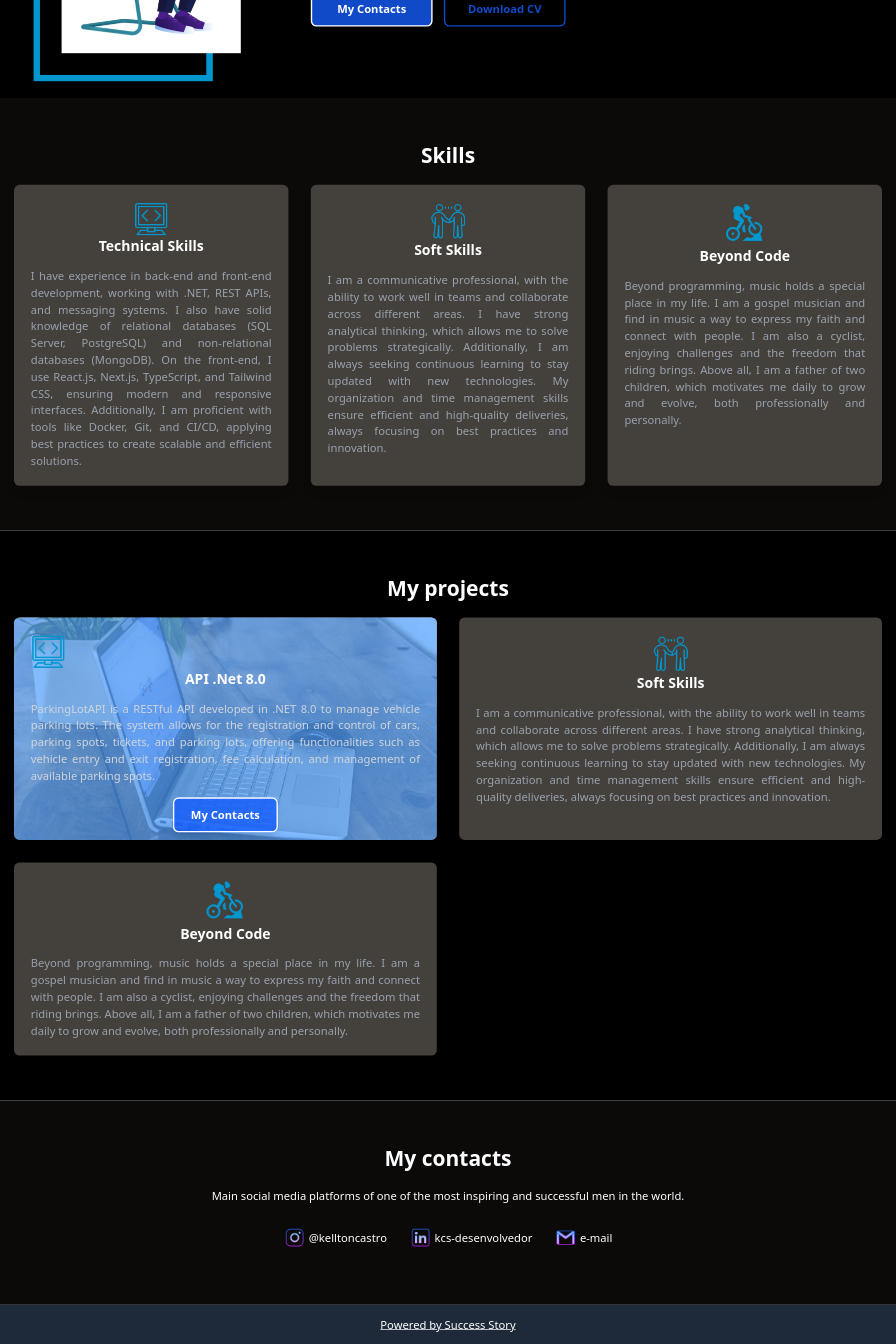
Repository: kcsdesenvolvedor/portfolio
Page: src/index.html
These files come from the project's save history. The page is drawn as it stood at one moment and after the next save; the edit follows.
The browser window is 1280 px wide. The pictures show the part of the page from y = 830 to 2750 px (the page is 2750 px tall), at 70% of full size.

Above is the page before, as saved 2025-03-04 16:26:28.
Console error: TypeError: Cannot read properties of null (reading 'textContent')

### src/index.html
<!DOCTYPE html>
<html lang="en">
<head>
    <meta charset="UTF-8">
    <meta name="viewport" content="width=device-width, initial-scale=1.0">
    <link rel="icon" href="./img/favicon.png" type="image/x-icon">
    <link href="./output.css" rel="stylesheet">
    <title>Mansour-Page</title>
    <style>
        .typing-container {
        font-family: 'Courier New', monospace;
        font-size: 24px;
        color: #333;
        white-space: nowrap;
        overflow: hidden;
        border-right: 2px solid black;
        display: inline-block;
        animation: blink-caret 0.7s step-end infinite;
        }

        #typing-text {
            height: 40px;
        }

        @keyframes blink-caret {
        from, to {
            border-color: transparent;
        }
        50% {
            border-color: black;
        }
        }


        @keyframes fadeIn {
            from {
                opacity: 0;
                transform: translateY(20px);
            }
            to {
                opacity: 1;
                transform: translateY(0);
            }
        }

        .fade-in {
            animation: fadeIn 1s ease-in-out;
        }
    </style>
</head>
<body class="bg-gray-100 font-sans">
    <header>
        <nav class="fixed top-0 z-50 w-full px-4 py-4 flex justify-between items-center bg-stone-950">
            <a class="text-3xl font-bold leading-none" href="#">
                <img class="w-16" src="./img/logo.png" alt="">
            </a>
            <div class="lg:hidden">
                <button class="navbar-burger flex items-center text-blue-600 p-3">
                    <svg class="block h-4 w-4 fill-current" viewBox="0 0 20 20" xmlns="http://www.w3.org/2000/svg">
                        <title>Mobile menu</title>
                        <path d="M0 3h20v2H0V3zm0 6h20v2H0V9zm0 6h20v2H0v-2z"></path>
                    </svg>
                </button>
            </div>
            <ul class="hidden absolute top-1/2 left-1/2 transform -translate-y-1/2 -translate-x-1/2 lg:mx-auto lg:flex lg:items-center lg:w-auto lg:space-x-20">
                <li><a class="text-sm text-blue-600/80 dark:text-sky-400/80 hover:text-white" href="#home">Home</a></li>
                <li><a class="text-sm text-blue-600/80 dark:text-sky-400/80 hover:text-white" href="#about">About Me</a></li>
                <li><a class="text-sm text-blue-600/80 dark:text-sky-400/80 hover:text-white" href="#achievements">Achievements</a></li>
                <li><a class="text-sm text-blue-600/80 dark:text-sky-400/80 hover:text-white" href="#contact">My Contacts</a></li>
            </ul>
        </nav>
        <div class="navbar-menu fixed top-0 z-50 w-full hidden">
            <div class="navbar-backdrop fixed inset-0 bg-gray-800 opacity-25"></div>
            <nav class="fixed top-0 left-0 bottom-0 flex flex-col w-5/6 max-w-sm py-6 px-6 bg-white border-r overflow-y-auto">
                <div class="flex items-center mb-8">
                    <a class="mr-auto text-3xl font-bold leading-none" href="#">
                        <img class="w-16" src="./img/logo.png" alt="">
                    </a>
                    <button class="navbar-close">
                        <svg class="h-6 w-6 text-gray-400 cursor-pointer hover:text-gray-500" xmlns="http://www.w3.org/2000/svg" fill="none" viewBox="0 0 24 24" stroke="currentColor">
                            <path stroke-linecap="round" stroke-linejoin="round" stroke-width="2" d="M6 18L18 6M6 6l12 12"></path>
                        </svg>
                    </button>
                </div>
                <div>
                    <ul>
                        <li class="mb-1">
                            <a class="navbar-itemMenu block p-4 text-sm font-semibold text-gray-400 hover:bg-blue-50 hover:text-blue-600 rounded" href="#home">Home</a>
                        </li>
                        <li class="mb-1">
                            <a class="navbar-itemMenu block p-4 text-sm font-semibold text-gray-400 hover:bg-blue-50 hover:text-blue-600 rounded" href="#about">About Me</a>
                        </li>
                        <li class="mb-1">
                            <a class="navbar-itemMenu block p-4 text-sm font-semibold text-gray-400 hover:bg-blue-50 hover:text-blue-600 rounded" href="#achievements">Achievements</a>
                        </li>
                        <li class="mb-1">
                            <a class="navbar-itemMenu block p-4 text-sm font-semibold text-gray-400 hover:bg-blue-50 hover:text-blue-600 rounded" href="#contact">My Contacts</a>
                        </li>
                        <li>
                            <div class="border-t-2">
                                <a class="navbar-itemMenu block p-4 text-sm font-semibold text-gray-400 hover:bg-blue-50 hover:text-blue-600 rounded" href="https://kcode2025.github.io/sucess-history" target="_blank">Success Story</a>
                            </div>
                        </li>
                    </ul>
                </div>
                <div class="mt-auto">

                    <a href="https://kcode2025.github.io/sucess-history" target="_blank">
                        <p class="my-4 text-xs text-center text-gray-400">
                            Powered by Success Story
                        </p>
                    </a>
                </div>
            </nav>
        </div>
    </header>


    <!-- Home Section -->
    <section id="home" class="flex flex-col-reverse lg:flex-row lg:justify-around justify-between bg-stone-950 text-white text-center pt-20 lg:pb-0 pb-5 px-10 fade-in">
        <!-- Div do texto -->
        <div class="self-center w-full flex items-center justify-center">
            <div class="flex flex-col lg:w-2/4"> <!-- Ajuste essa div para ocupar 100% da largura -->
                <p class="text-md text-left">
                    Hello!
                </p>
                <p class="text-3xl text-blue-600/80 dark:text-sky-400/80 text-left font-semibold">
                    I´m Kellton Castro
                </p>
                <p class="text-lg text-gray-400 text-left font-semibold mb-2">
                    Freelance developer & Web Designer
                </p>
                <p class="text-xs text-gray-400 text-left font-semibold mb-8">
                    Welcome to my portfolio! Here you will find some of the projects I have developed throughout my journey as a developer and freelancer.
                </p>
                <a href="#contact" class="bg-blue-600/80 dark:bg-sky-400/80 text-white font-bold w-2/4 py-3 px-6 border-2 rounded-lg shadow-lg hover:bg-black hover:text-blue-600/80 hover:dark:text-sky-400/80 hover:border-blue-600/80 hover:dark:border-sky-400/80 hover:border-2 transition delay-150 duration-300 ease-in-out">
                    My Contacts
                </a>
            </div>
        </div>

        <!-- Div da imagem -->
        <div class="flex justify-center lg:justify-end lg:w-2/4">
            <img class="min-w-2/4 object-contain" src="./img/perfil-portfolio2.png">
        </div>
    </section>

    <!-- Sobre -->
    <section id="about" class="flex flex-col lg:flex-row items-center justify-center space-y-10 lg:space-y-0 lg:space-x-20 py-16 bg-black border-r-gray-900 fade-in">
        <div class="relative flex justify-center">
            <!-- Moldura (posição de fundo) -->
            <img src="./img/moldura.png" class="w-3xs h-3xs absolute -left-5 top-5 lg:-left-10 lg:top-10" alt="moldura do perfil">

            <!-- Imagem de perfil (fica por cima) -->
            <img src="./img/perfil-portfolio1.png" class="w-3xs h-3xs relative z-10" alt="meu perfil">
        </div>
        <div class="px-5 w-full lg:w-3xl text-center lg:text-left">
            <h3 class="text-3xl text-white font-bold mb-2">About me</h3>
            <div class="w-20 h-0.5 bg-blue-600/80 dark:bg-sky-400/80 mb-3 mx-auto lg:mx-0"></div>
            <p class="text-gray-400 text-left w-full mb-8">
                I am a developer with 4 years of experience, working both in the corporate market and as a freelancer. Graduated in Systems Analysis and Development, I have experience in back-end and front-end development, contributing to the creation of efficient and scalable solutions. My approach involves continuous learning, always striving to keep up with new technologies and industry trends. I have a strong commitment to code quality, usability, and performance, ensuring that each delivered project adds value and innovation.
            </p>
            <div class="flex flex-col lg:flex-row w-full lg:w-2/4 gap-4">
                <a href="#contact" class="bg-blue-600/80 dark:bg-sky-400/80 text-center text-white font-bold w-full lg:w-2/4 py-3 px-6 border-2 rounded-lg shadow-lg hover:bg-black hover:text-blue-600/80 hover:dark:text-sky-400/80 hover:border-blue-600/80 hover:dark:border-sky-400/80 hover:border-2 transition delay-150 duration-300 ease-in-out">
                    My Contacts
                </a>
                <a href="#contact" class="bg-black text-center border-blue-600/80 dark:border-sky-400/80 text-blue-600/80 dark:text-sky-400/80 font-bold w-full lg:w-2/4 py-3 px-6 border-2 rounded-lg shadow-lg hover:text-white hover:border-white hover:border-2 transition delay-150 duration-300 ease-in-out">
                    Download CV
                </a>
            </div>
        </div>
    </section>



    <!-- Skills -->
    <section id="achievements" class="py-16 bg-stone-950 fade-in">
        <div class="container mx-auto text-center">
            <h3 class="text-3xl text-white font-bold mb-6">Skills</h3>
            <div class="px-5 grid grid-cols-1 md:grid-cols-3 gap-8">
                <div class="flex flex-col items-center bg-stone-700 p-6 rounded-lg shadow-lg transition delay-150 duration-300 transform hover:scale-105 hover:shadow-xl">
                    <img src="./img/hard-skills.png" alt="image hard skills">
                    <h4 class="text-xl text-white font-bold mb-4">Technical Skills</h4>
                    <p class="text-gray-400 text-justify">I have experience in back-end and front-end development, working with .NET, REST APIs, and messaging systems. I also have solid knowledge of relational databases (SQL Server, PostgreSQL) and non-relational databases (MongoDB). On the front-end, I use React.js, Next.js, TypeScript, and Tailwind CSS, ensuring modern and responsive interfaces. Additionally, I am proficient with tools like Docker, Git, and CI/CD, applying best practices to create scalable and efficient solutions.</p>
                </div>
                <div class="flex flex-col items-center bg-stone-700 p-6 rounded-lg shadow-lg transition delay-150 duration-300 transform hover:scale-105 hover:shadow-xl">
                    <img src="./img/soft-skills.png" class="h-14" alt="image soft skills">
                    <h4 class="text-xl text-white font-bold mb-4">Soft Skills</h4>
                    <p class="text-gray-400 text-justify">I am a communicative professional, with the ability to work well in teams and collaborate across different areas. I have strong analytical thinking, which allows me to solve problems strategically. Additionally, I am always seeking continuous learning to stay updated with new technologies. My organization and time management skills ensure efficient and high-quality deliveries, always focusing on best practices and innovation.</p>
                </div>
                <div class="flex flex-col items-center bg-stone-700 p-6 rounded-lg shadow-lg transition delay-150 duration-300 transform hover:scale-105 hover:shadow-xl">
                    <img src="./img/beyond-code.png" alt="imagem de beyond code">
                    <h4 class="text-xl text-white font-bold mb-4">Beyond Code</h4>
                    <p class="text-gray-400 text-justify">Beyond programming, music holds a special place in my life. I am a gospel musician and find in music a way to express my faith and connect with people. I am also a cyclist, enjoying challenges and the freedom that riding brings. Above all, I am a father of two children, which motivates me daily to grow and evolve, both professionally and personally.</p>
                </div>
            </div>
        </div>
    </section>

    <!-- Projetos -->
    <section id="achievements" class="py-16 bg-black fade-in">
        <div class="container mx-auto text-center">
            <h3 class="text-3xl text-white font-bold mb-6">My projects</h3>
            <div class="px-5 grid grid-cols-1 md:grid-cols-2 gap-8">
                <div class="relative flex flex-col items-center bg-stone-700 p-6 rounded-lg shadow-lg
                bg-[url('./img/homeoffice.jpg')] bg-cover bg-center">
                    <div class="absolute inset-0 bg-blue-400/70 rounded-lg"></div>
                    <div class="relative z-10">
                        <img src="./img/hard-skills.png" alt="image hard skills">
                        <h4 class="text-xl text-white font-bold mb-4">API .Net 8.0</h4>
                        <p class="text-gray-300 text-justify">ParkingLotAPI is a RESTful API developed in .NET 8.0 to manage vehicle parking lots. The system allows for the registration and control of cars, parking spots, tickets, and parking lots, offering functionalities such as vehicle entry and exit registration, fee calculation, and management of available parking spots.</p>
                        <div class="mt-8">
                            <a href="#contact" class="bg-blue-600/80 dark:bg-sky-400/80 text-center text-white font-bold w-full lg:w-2/4 py-3 px-6 border-2 rounded-lg shadow-lg hover:bg-black hover:text-blue-600/80 hover:dark:text-sky-400/80 hover:border-blue-600/80 hover:dark:border-sky-400/80 hover:border-2 transition delay-150 duration-300 ease-in-out">
                                My Contacts
                            </a>
                        </div>
                    </div>
                </div>
                <div class="flex flex-col items-center bg-stone-700 p-6 rounded-lg shadow-lg">
                    <img src="./img/soft-skills.png" class="h-14" alt="image soft skills">
                    <h4 class="text-xl text-white font-bold mb-4">Soft Skills</h4>
                    <p class="text-gray-400 text-justify">I am a communicative professional, with the ability to work well in teams and collaborate across different areas. I have strong analytical thinking, which allows me to solve problems strategically. Additionally, I am always seeking continuous learning to stay updated with new technologies. My organization and time management skills ensure efficient and high-quality deliveries, always focusing on best practices and innovation.</p>
                </div>
                <div class="flex flex-col items-center bg-stone-700 p-6 rounded-lg shadow-lg">
                    <img src="./img/beyond-code.png" alt="imagem de beyond code">
                    <h4 class="text-xl text-white font-bold mb-4">Beyond Code</h4>
                    <p class="text-gray-400 text-justify">Beyond programming, music holds a special place in my life. I am a gospel musician and find in music a way to express my faith and connect with people. I am also a cyclist, enjoying challenges and the freedom that riding brings. Above all, I am a father of two children, which motivates me daily to grow and evolve, both professionally and personally.</p>
                </div>
            </div>
        </div>
    </section>

    <!-- Contato -->
    <section id="contact" class="py-16 bg-stone-950 text-white text-center fade-in">
        <div class="container mx-auto px-2">
            <h3 class="text-3xl font-bold mb-6">My contacts</h3>
            <p class="mb-8">Main social media platforms of one of the most inspiring and successful men in the world.</p>
            <form class="max-w-lg mx-auto">
                <div class="flex flex-col justify-center lg:flex-row mb-4 gap-8">
                    <a href="https://www.cityfootballgroup.com/" target="_blank">
                        <div class="flex gap-1 items-center">
                            <img class="h-8 w-8" src="./img/instagram.png" alt="imagem do instagram">
                            <p class="text-1xl">@kelltoncastro</p>
                        </div>
                    </a>
                    <a href="https://x.com/HHmansour" target="_blank">
                        <div class="flex gap-1 items-center">
                            <img class="h-8 w-8" src="./img/linkedin.png" alt="imagem do linkedin">
                            <p class="text-1xl">kcs-desenvolvedor</p>
                        </div>
                    </a>
                    <a href="https://x.com/HHmansour" target="_blank">
                        <div class="flex gap-1 items-center">
                            <img class="h-8 w-8" src="./img/gmail.png" alt="imagem do gmail">
                            <p class="text-1xl">e-mail</p>
                        </div>
                    </a>
                </div>
            </form>
        </div>
    </section>

    <!-- Footer -->
    <footer class="bg-gray-800 text-white text-center py-4">
        <a class="cursor-pointer" href="https://kcode2025.github.io/sucess-history" target="_blank"><p class="underline">Powered by Success Story</p></a>
    </footer>

    <!-- Script -->
    <script>
        // Burger menus
        document.addEventListener('DOMContentLoaded', function() {
            // open
            const burger = document.querySelectorAll('.navbar-burger');
            const menu = document.querySelectorAll('.navbar-menu');

            if (burger.length && menu.length) {
                for (var i = 0; i < burger.length; i++) {
                    burger[i].addEventListener('click', function() {
                        for (var j = 0; j < menu.length; j++) {
                            menu[j].classList.toggle('hidden');
                        }
                    });
                }
            }

            // close
            const close = document.querySelectorAll('.navbar-close');
            const backdrop = document.querySelectorAll('.navbar-backdrop');
            const itemMenu = document.querySelectorAll('.navbar-itemMenu');

            if (close.length) {
                for (var i = 0; i < close.length; i++) {
                    close[i].addEventListener('click', function() {
                        for (var j = 0; j < menu.length; j++) {
                            menu[j].classList.toggle('hidden');
                        }
                    });
                }
            }

            if (backdrop.length) {
                for (var i = 0; i < backdrop.length; i++) {
                    backdrop[i].addEventListener('click', function() {
                        for (var j = 0; j < menu.length; j++) {
                            menu[j].classList.toggle('hidden');
                        }
                    });
                }
            }

            if (itemMenu.length) {
                for (var i = 0; i < itemMenu.length; i++) {
                    itemMenu[i].addEventListener('click', function() {
                        for (var j = 0; j < menu.length; j++) {
                            menu[j].classList.toggle('hidden');
                        }
                    });
                }
            }
        });

        // animação de digitação

        const texts = [
        "Visionary Leader",
        "Sports Enthusiast",
        "City Football Group Owner",
        "Innovative Investor",
        "Philanthropist",
        "Economic Pioneer",
        "Influential Figure",
        "Strategic Thinker",
        "Cultural Advocate",
        "Inspiring Icon"
        ];

        let currentTextIndex = 0;
        let charIndex = 0;
        const typingSpeed = 100; // Velocidade de digitação (ms por caractere)
        const erasingSpeed = 50; // Velocidade de apagar
        const delayBetweenTexts = 2000; // Tempo antes de trocar para o próximo texto

        const typingElement = document.getElementById("typing-text");

        function typeText() {
        if (charIndex < texts[currentTextIndex].length) {
            typingElement.textContent += texts[currentTextIndex].charAt(charIndex);
            charIndex++;
            setTimeout(typeText, typingSpeed);
        } else {
            setTimeout(eraseText, delayBetweenTexts);
        }
        }

        function eraseText() {
        if (charIndex > 0) {
            typingElement.textContent = texts[currentTextIndex].substring(0, charIndex - 1);
            charIndex--;
            setTimeout(eraseText, erasingSpeed);
        } else {
            currentTextIndex = (currentTextIndex + 1) % texts.length;
            setTimeout(typeText, typingSpeed);
        }
        }

        // Começar a animação
        document.addEventListener("DOMContentLoaded", () => {
        setTimeout(typeText, delayBetweenTexts);
        });

        </script>
</body>
</html>

Loaded but not shown: src/output.css (3548 lines, source omitted)

After the next save:
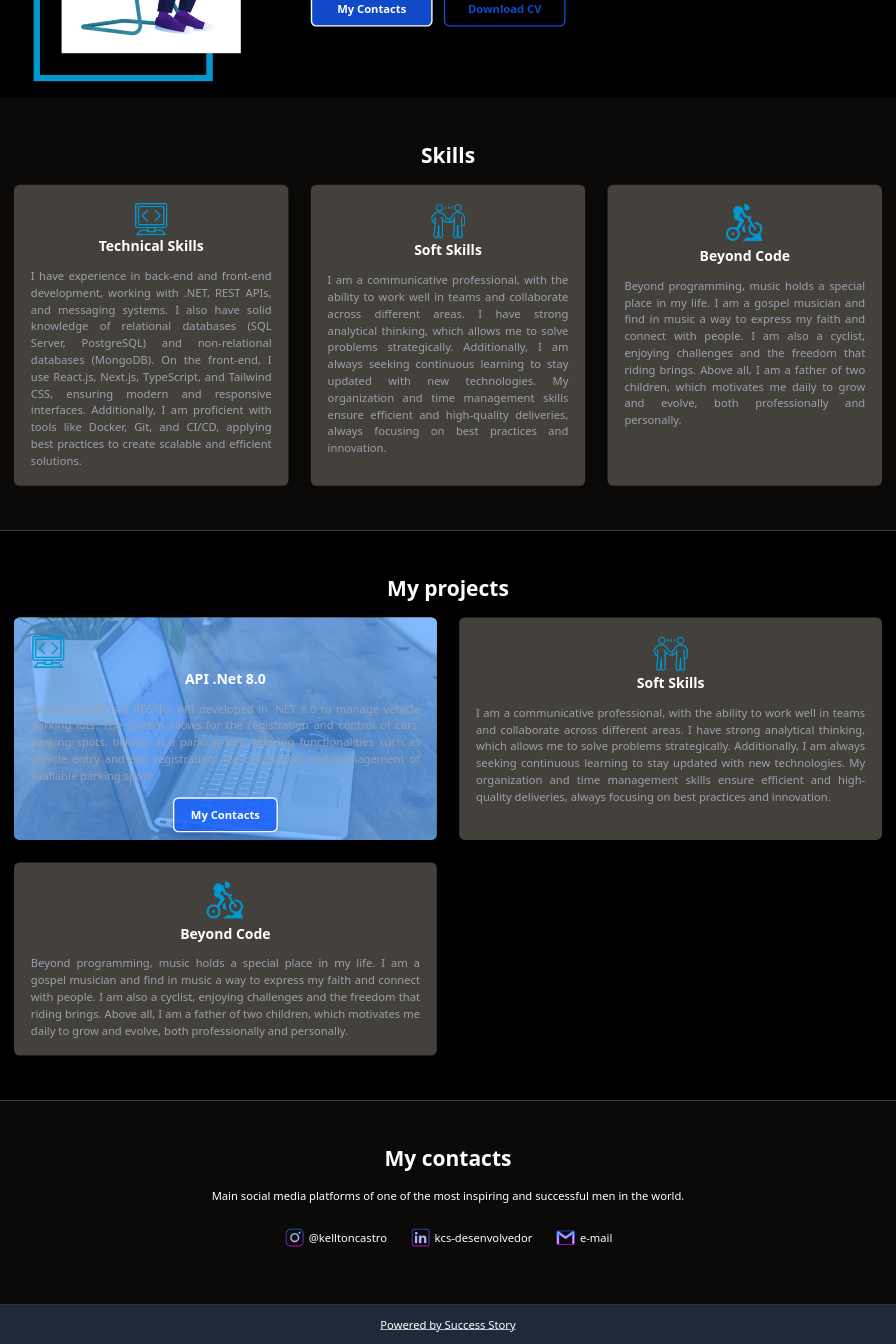
Saved 27 s later.
--- a/src/index.html
+++ b/src/index.html
@@ -208,7 +208,7 @@
                     <div class="relative z-10">
                         <img src="./img/hard-skills.png" alt="image hard skills">
                         <h4 class="text-xl text-white font-bold mb-4">API .Net 8.0</h4>
-                        <p class="text-gray-300 text-justify">ParkingLotAPI is a RESTful API developed in .NET 8.0 to manage vehicle parking lots. The system allows for the registration and control of cars, parking spots, tickets, and parking lots, offering functionalities such as vehicle entry and exit registration, fee calculation, and management of available parking spots.</p>
+                        <p class="text-gray-400 text-justify">ParkingLotAPI is a RESTful API developed in .NET 8.0 to manage vehicle parking lots. The system allows for the registration and control of cars, parking spots, tickets, and parking lots, offering functionalities such as vehicle entry and exit registration, fee calculation, and management of available parking spots.</p>
                         <div class="mt-8">
                             <a href="#contact" class="bg-blue-600/80 dark:bg-sky-400/80 text-center text-white font-bold w-full lg:w-2/4 py-3 px-6 border-2 rounded-lg shadow-lg hover:bg-black hover:text-blue-600/80 hover:dark:text-sky-400/80 hover:border-blue-600/80 hover:dark:border-sky-400/80 hover:border-2 transition delay-150 duration-300 ease-in-out">
                                 My Contacts
